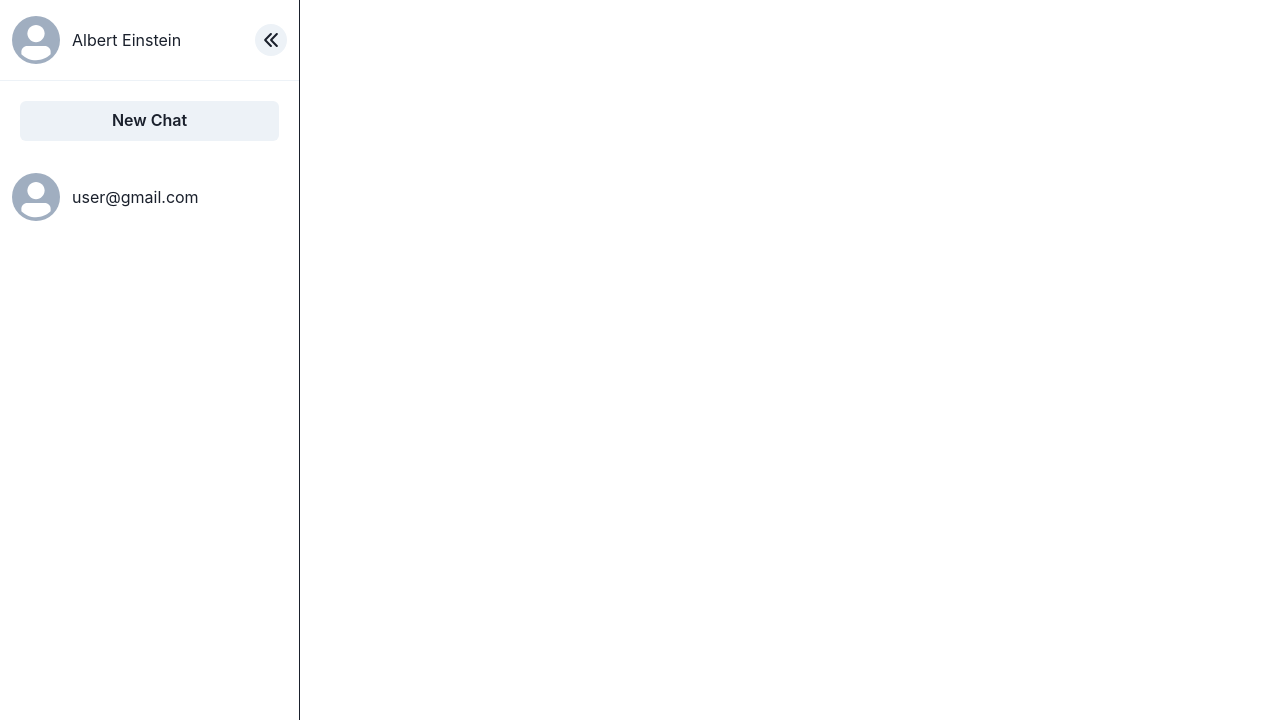
Repository: Siva20021/chat-app
Page: /
An editor plug-in stored every save of this project. The page is shown before and after the next save, followed by the edit.
The browser window is 1280 px wide. The pictures show the whole page.
The project was rebuilt for these pictures with package versions that can differ from the ones it lists, and the page was loaded fresh each time. The framework's server and built-in components were replaced by stand-ins that run in the browser. Also part of the build but not shown: next.config.js, components/Login.js.

Above is the page before, as saved 2022-06-05 12:09:20.

After the next save:
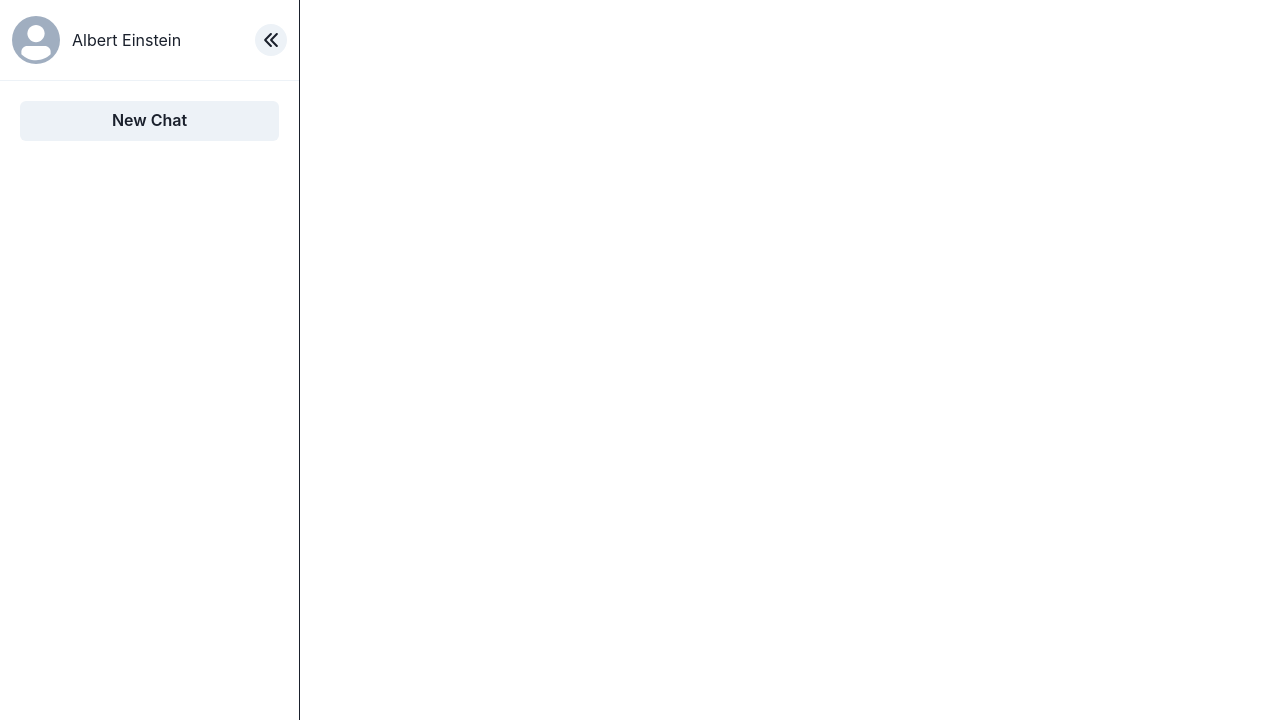
Saved 86 s later.
--- a/components/Sidebar.js
+++ b/components/Sidebar.js
@@ -29,10 +29,7 @@ export default function Sidebar() {
             <IconButton size="sm" isRound icon={<ArrowLeftIcon/>}/>
         </Flex>
         <Button m={5} p={4}>New Chat</Button>
-        <Flex p={3} align="center" _hover={{bg:"gray.100",cursor:"pointer"}}>
-            <Avatar src="" marginEnd={3}/>
-            <Text>user@gmail.com</Text>
-        </Flex>
+
     </Flex>
   )
 }
